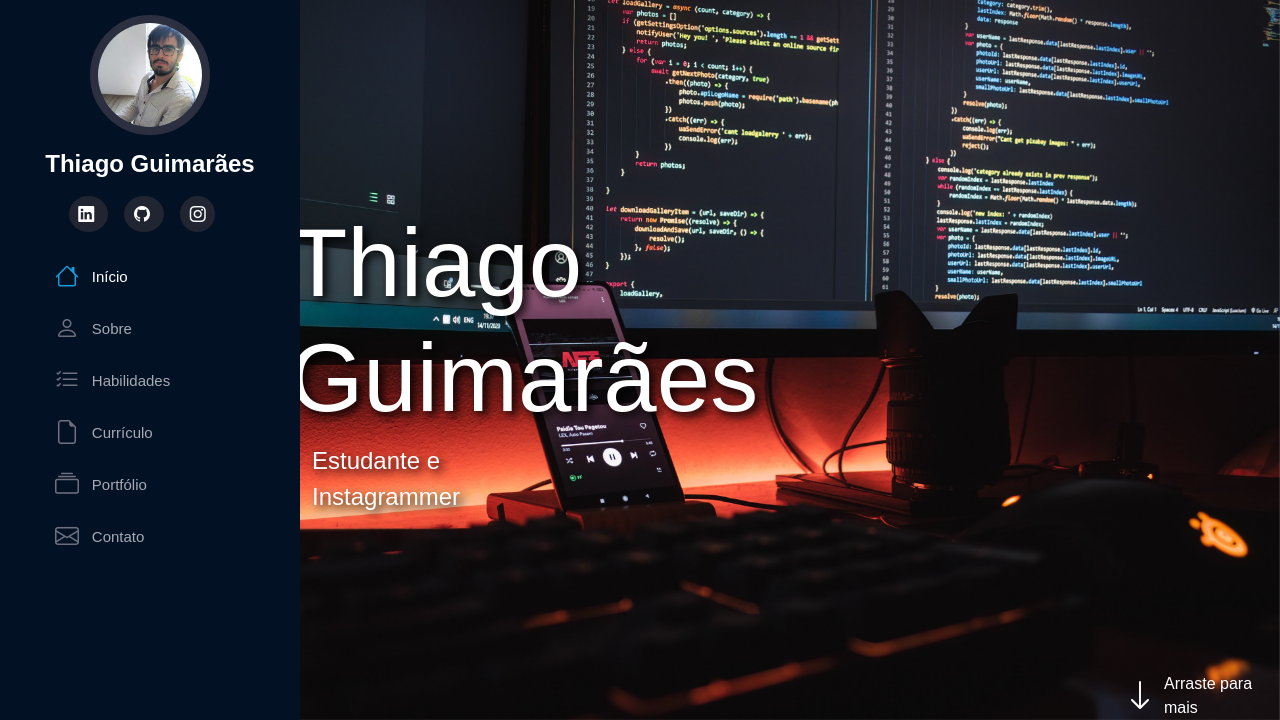
Repository: Rayago/projeto-portfolio
Page: http://localhost/
An editor plug-in stored every save of this project. The page is shown before and after the next save, followed by the edit.
The browser window is 1280 px wide. The pictures show the whole page.
Some web fonts or font styles are not loaded; a fallback is used. The page is served by the project's application, run on Flask 3 (app.py).

Above is the page before, as saved 2022-07-12 20:37:01.

After the next save:
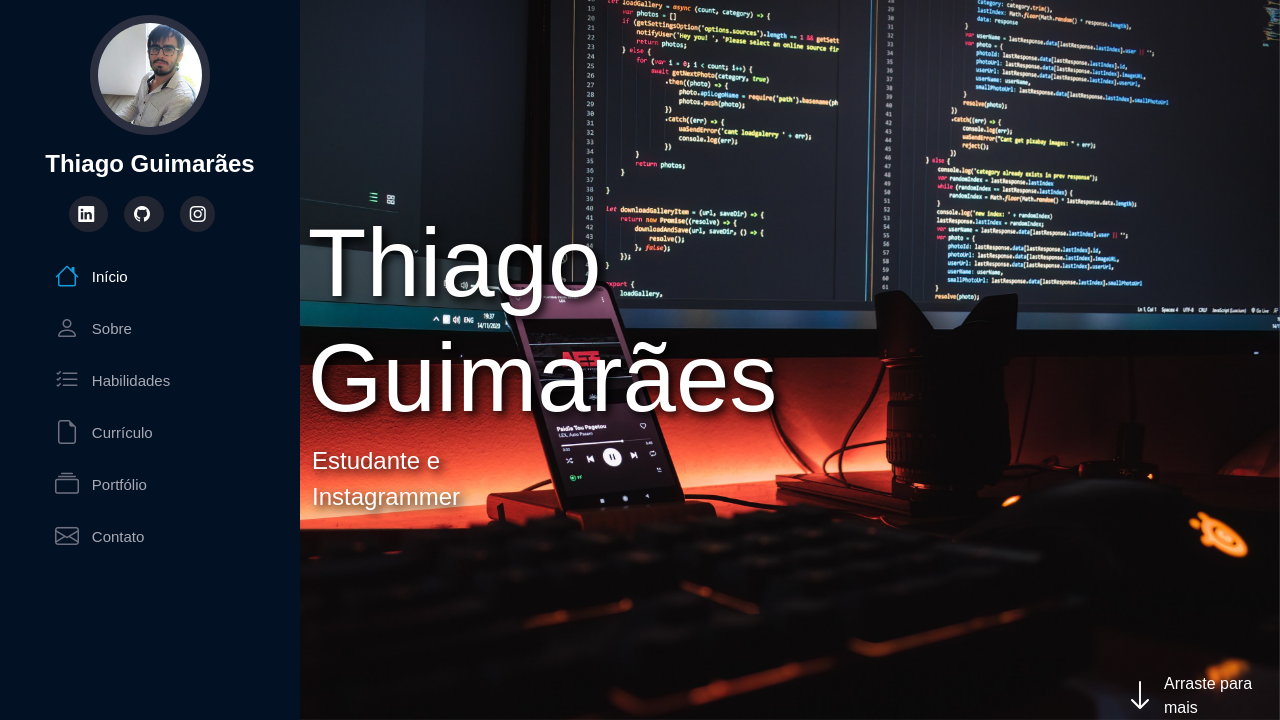
Saved 10 s later.
--- a/static/style.css
+++ b/static/style.css
@@ -104,7 +104,7 @@ section#inicio {
 
 section#inicio h2{
     font-size: 6rem;
-    margin-left: 10%;
+    margin-left: 20%;
 }
 
 section#inicio span#subtitle{
